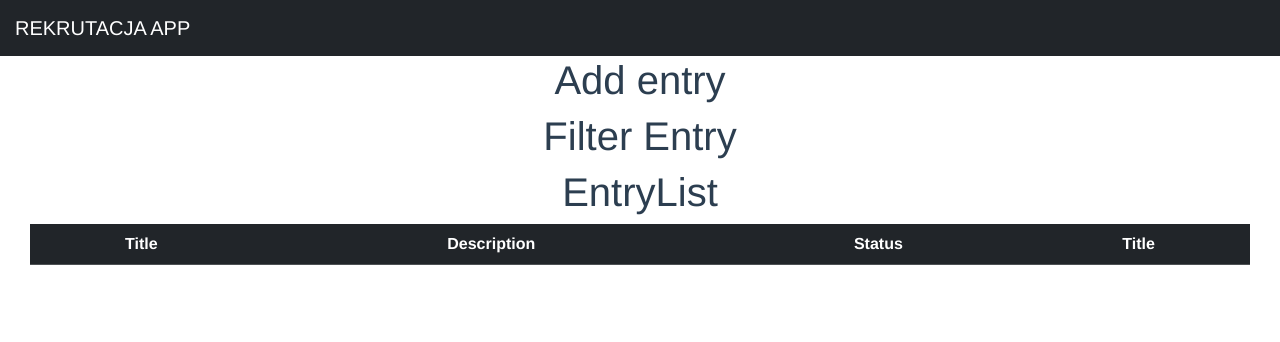
Repository: Madaless/vue_elastic
Page: / (app in vuejsapp/crudapp/)
An editor plug-in stored every save of this project. The page is shown before and after the next save, followed by the edit.
The browser window is 1280 px wide. The pictures show the whole page.
The page's requests for data from a server got no answer. The project was rebuilt for these pictures with package versions that can differ from the ones it lists, and the page was loaded fresh each time. No one was signed in, and anything a server would have sent is missing.

Above is the page before, as saved 2021-09-12 11:58:01.

After the next save:
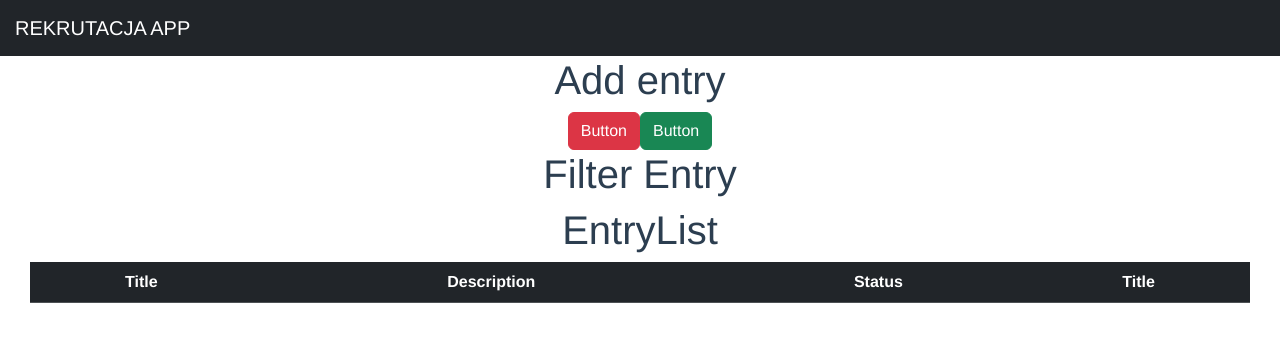
Saved 62 min 40 s later.
--- a/vuejsapp/crudapp/src/components/AddEntry.vue
+++ b/vuejsapp/crudapp/src/components/AddEntry.vue
@@ -1,18 +1,16 @@
 <template>
-    <div>
-        <h1>Add entry</h1>
-    </div>
+  <div>
+    <h1>Add entry</h1>
+    <b-button variant="danger">Button</b-button>
+    <b-button variant="success">Button</b-button>
+  </div>
 </template>
 
 <script>
-
-export default ({
-    setup() {
-
-    },
-})
+export default {
+  setup() {},
+};
 </script>
 
 <style scoped>
-
 </style>
